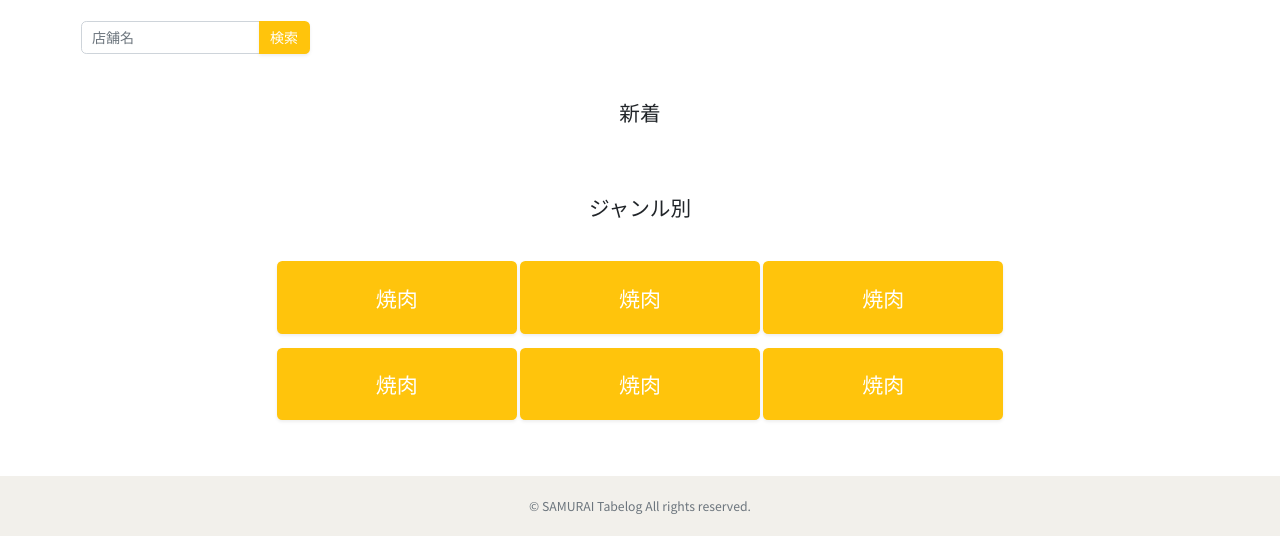
Repository: Mofu-Ya/springboot-tabelog-kadai
Page: http://localhost/index
The author's editor kept a copy of each file at every save. The page is drawn from the files as they stood at one save, then again after the next save.
The browser window is 1280 px wide. The pictures show the part of the page from y = 373 to 909 px (the page is 909 px tall).
The page is this project's Thymeleaf template; nobody is signed in. The template is opened directly, without the code that normally fills it, so the values that code supplies are empty.

Above is the page before, as saved 2025-01-18 04:31:30.

After the next save:
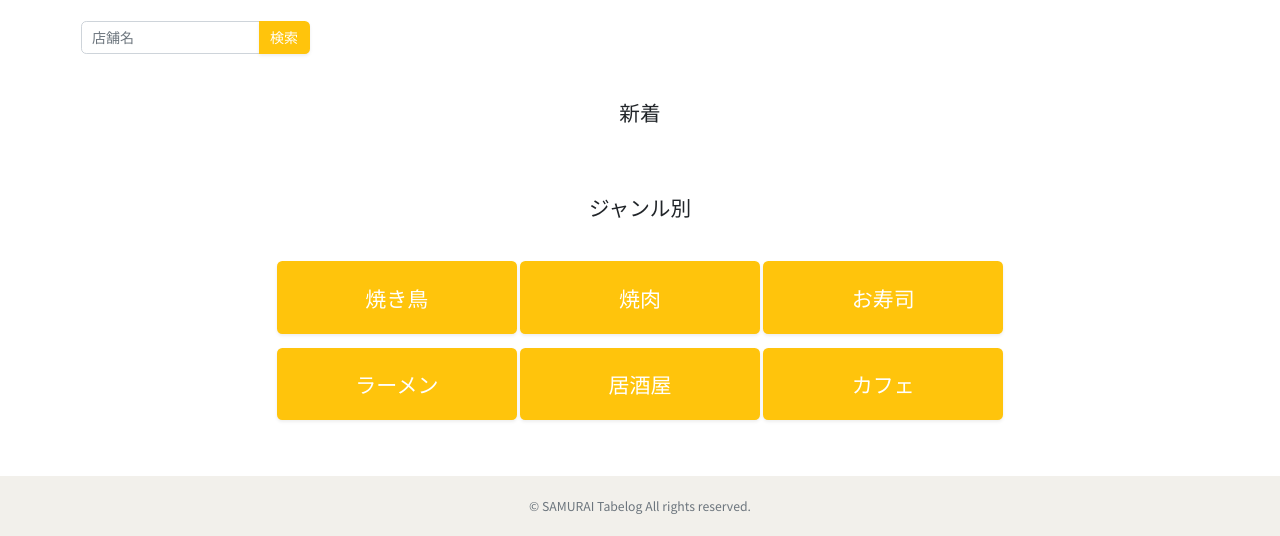
Saved 94 s later.
--- a/kadai_002/samuraitabelog/src/main/resources/templates/index.html
+++ b/kadai_002/samuraitabelog/src/main/resources/templates/index.html
@@ -66,16 +66,16 @@
 
 						 <div class="row mb-3">
 							 <div class="col text-center">
-							<a class="btn text-white shadow-sm category-btn samuraitabelog-btn" th:href="@{/restaurants}">焼肉</a>
+							<a class="btn text-white shadow-sm category-btn samuraitabelog-btn" th:href="@{/restaurants}">焼き鳥</a>
 						 	<a class="btn text-white shadow-sm category-btn samuraitabelog-btn" th:href="@{/restaurants}">焼肉</a>
-						 	<a class="btn text-white shadow-sm category-btn samuraitabelog-btn" th:href="@{/restaurants}">焼肉</a>
+						 	<a class="btn text-white shadow-sm category-btn samuraitabelog-btn" th:href="@{/restaurants}">お寿司</a>
 						 	</div>
 						 </div>
 						 <div class="row mb-3">
 							<div class="col text-center">
-							<a class="btn text-white shadow-sm category-btn samuraitabelog-btn" th:href="@{/restaurants}">焼肉</a>
-						 	<a class="btn text-white shadow-sm category-btn samuraitabelog-btn" th:href="@{/restaurants}">焼肉</a>
-						 	<a class="btn text-white shadow-sm category-btn samuraitabelog-btn" th:href="@{/restaurants}">焼肉</a>
+							<a class="btn text-white shadow-sm category-btn samuraitabelog-btn" th:href="@{/restaurants}">ラーメン</a>
+						 	<a class="btn text-white shadow-sm category-btn samuraitabelog-btn" th:href="@{/restaurants}">居酒屋</a>
+						 	<a class="btn text-white shadow-sm category-btn samuraitabelog-btn" th:href="@{/restaurants}">カフェ</a>
 						 	</div>
 						 </div>
 
